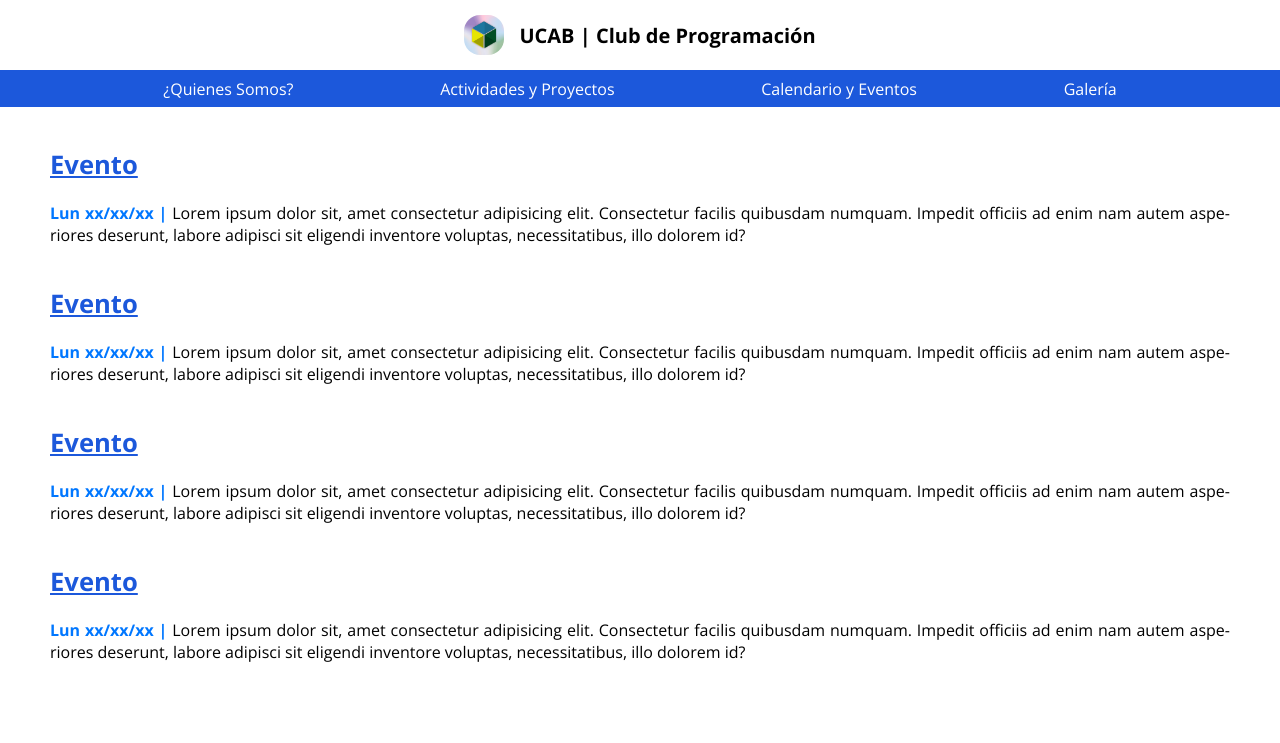
Repository: LuisR404/LandingPage
Page: Pages/CalendarioYEventos.html
These files come from the project's save history. The page is drawn as it stood at one moment and after the next save; the edit follows.
The browser window is 1280 px wide. The pictures show the whole page.

Above is the page before, as saved 2025-11-24 14:34:12.

### Pages/CalendarioYEventos.html
<!DOCTYPE html>
<html lang="es">
<head>
    <meta charset="UTF-8">
    <meta name="viewport" content="width=device-width, initial-scale=1.0">
    <link rel="stylesheet" href="../Styles/CommonStyles.css">   <!-- ESTILOS GENERALES -->
    <link rel="stylesheet" href="../Styles/CalendarioYEventos.css">     <!-- ESTILOS DE LA PÁGINA -->
    <title>Document</title>
</head>
<body>
    <!-- TITULO -->
    <section class="header">
        <img src="../resources/club_icon.jpg" alt="" id="header-logo">
        <h1>UCAB | Club de Programación</h1>
    </section>

    <!-- NAV BAR -->
    <nav class="header-nav">
        <ul>
            <li><a href="./QuienesSomos.html">¿Quienes Somos?</a></li>
            <li><a href="./ActividadesYProyectos.html">Actividades y Proyectos</a></li>
            <li><a href="./CalendarioYEventos.html">Calendario y Eventos</a></li>
            <li><a href="./Galeria.html">Galería</a></li>
        </ul>
    </nav>

    <section class="eventos">
        <div id="eventos-container">
            <div class="evento">
                <h2>Evento</h2>
                <p><b>Lun xx/xx/xx | </b>Lorem ipsum dolor sit, amet consectetur adipisicing elit. Consectetur facilis quibusdam numquam. Impedit officiis ad enim nam autem asperiores deserunt, labore adipisci sit eligendi inventore voluptas, necessitatibus, illo dolorem id?</p>
            </div>

            <div class="evento">
                <h2>Evento</h2>
                <p><b>Lun xx/xx/xx | </b>Lorem ipsum dolor sit, amet consectetur adipisicing elit. Consectetur facilis quibusdam numquam. Impedit officiis ad enim nam autem asperiores deserunt, labore adipisci sit eligendi inventore voluptas, necessitatibus, illo dolorem id?</p>
            </div>

            <div class="evento">
                <h2>Evento</h2>
                <p><b>Lun xx/xx/xx | </b>Lorem ipsum dolor sit, amet consectetur adipisicing elit. Consectetur facilis quibusdam numquam. Impedit officiis ad enim nam autem asperiores deserunt, labore adipisci sit eligendi inventore voluptas, necessitatibus, illo dolorem id?</p>
            </div>

            <div class="evento">
                <h2>Evento</h2>
                <p><b>Lun xx/xx/xx | </b>Lorem ipsum dolor sit, amet consectetur adipisicing elit. Consectetur facilis quibusdam numquam. Impedit officiis ad enim nam autem asperiores deserunt, labore adipisci sit eligendi inventore voluptas, necessitatibus, illo dolorem id?</p>
            </div>
        </div>
    </section>
</body>
</html>

### Styles/CommonStyles.css
/* ============ ESTILOS DE PAGINA ============ */
@import url('https://fonts.googleapis.com/css2?family=Open+Sans:wght@400;700&display=swap');

* {
    font-family: 'Open sans', sans-serif;
    margin: 0;
}

.item {
    border: 1px solid rgba(255, 255, 255, 0.25);
    box-sizing: border-box;
    box-shadow: inset 0px 0px 3.5px rgba(255, 255, 255, 0.5), 3px 5px 10px rgba(0, 0, 0, 0.4);
    /* box-shadow:  */
}

img {
    max-width: 100% ;
}

button:hover {
    cursor: pointer;
    scale: 110%;
}

/* ============ HEADER ============ */
.header {
    display: flex;
    justify-content: center;
    align-items: center;

    padding-top: 15px;
    padding-bottom: 15px;
}

.header h1 {  /* ------> titulo */
    font-size: clamp(17px, 4vw, 20px);
    white-space: nowrap;

    margin-left: 15px;
}

#header-logo {  /* ------> logo */
    width: clamp(32px, 7vw, 40px);
    height: clamp(32px, 7vw, 40px);

    border-radius: 40%;
}

/* ========== NAV BAR ========== */
.header-nav {
    display: flex;
    justify-content: center;

    padding-top: 7.5px;
    padding-bottom: 7.5px;


    background-color: #1C58DB;
}

.header-nav ul {  /* ------> lista */
    display: flex;
    flex-direction: row;
    justify-content: space-around;

    width: 1100px;

    padding: 0;

    list-style: none;
}

.header-nav ul li a {  /* ------> links */
    text-decoration: none;
    color: white;
}

### Styles/CalendarioYEventos.css
img {
    width: 150px;
}

.eventos {
    display: flex;
    flex-direction: column;
    padding: 40px 50px;

    max-width: 100%;
}

.evento {
    padding-bottom: 40px
}

.evento h2 {
    font-size: clamp(20px, 2vw, 30px);
    font-weight: 800;
    white-space: nowrap;
    text-decoration: underline;
    color: #1C58DB;
    margin-bottom: 20px;
}

.evento p {
    font-size: auto;

    justify-content: center;

    text-align: justify;
    hyphens: auto;
}

.evento b {
    color: #0077ffff;
    font-weight: 800;
}

.evento:hover {
    cursor: pointer;
}

After the next save:
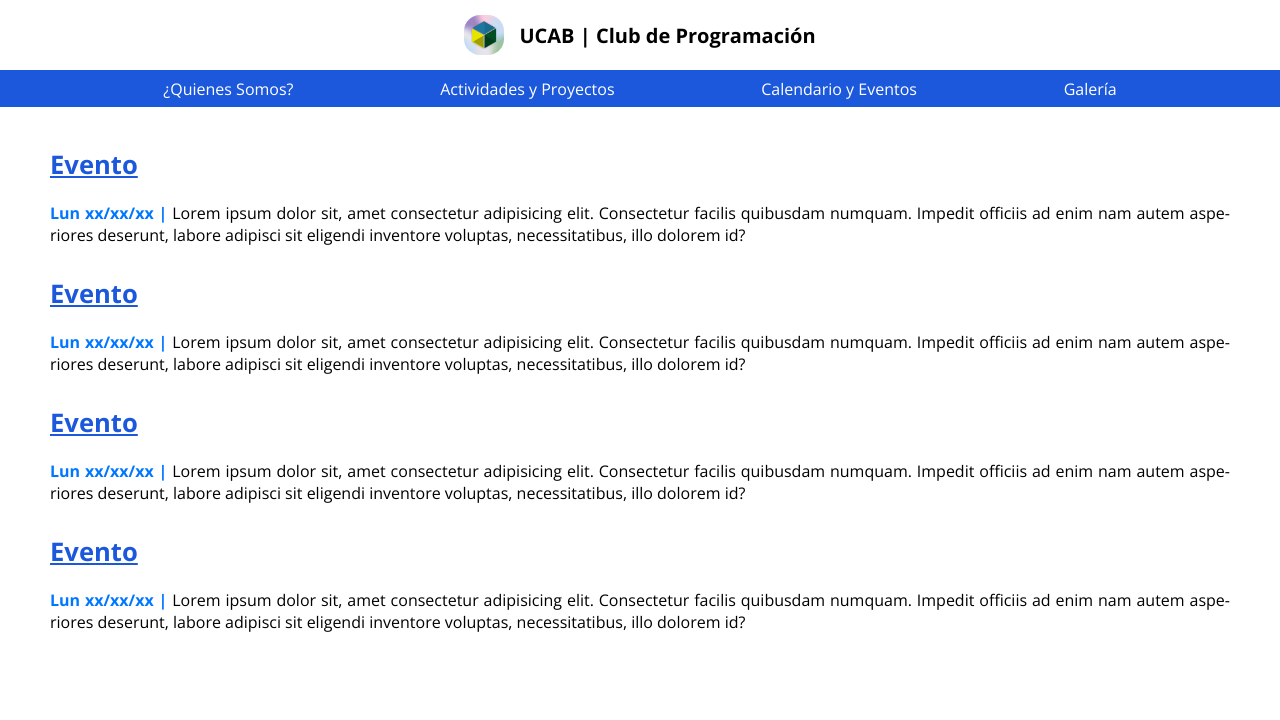
Saved 6 s later.
--- a/Styles/CalendarioYEventos.css
+++ b/Styles/CalendarioYEventos.css
@@ -11,7 +11,7 @@ img {
 }
 
 .evento {
-    padding-bottom: 40px
+    padding-bottom: 30px
 }
 
 .evento h2 {
